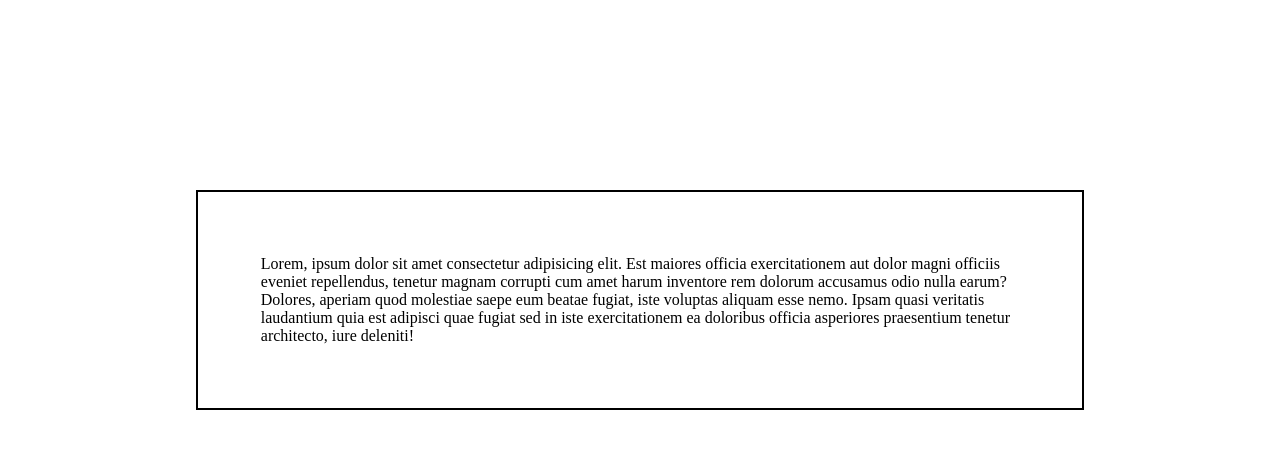
Repository: AdityaNarayan29/DSA
Page: Sorting/test.html
An editor plug-in stored every save of this project. The page is shown before and after the next save, followed by the edit.
The browser window is 1280 px wide. The pictures show the whole page.

Above is the page before, as saved 2021-09-24 08:49:48.

### Sorting/test.html
<!DOCTYPE html>
<html lang="en">
<head>
        <meta charset="UTF-8">
        <meta http-equiv="X-UA-Compatible" content="IE=edge">
        <meta name="viewport" content="width=device-width, initial-scale=1.0">
        <title>Document</title>
        <style>
                div{
                        padding: 5%;
                        border: 2px solid black;
                        margin: auto;
                        margin-top: 15%;
                }
                #element{
                        max-width: 60%;
                        max-height: 30%;
                }
        </style>
</head>
<body>
        <div id="element">Lorem, ipsum dolor sit amet consectetur adipisicing elit. Est maiores officia exercitationem aut dolor magni officiis eveniet repellendus, tenetur magnam corrupti cum amet harum inventore rem dolorum accusamus odio nulla earum? Dolores, aperiam quod molestiae saepe eum beatae fugiat, iste voluptas aliquam esse nemo. Ipsam quasi veritatis laudantium quia est adipisci quae fugiat sed in iste exercitationem ea doloribus officia asperiores praesentium tenetur architecto, iure deleniti!</div>
</body>
</html>

After the next save:
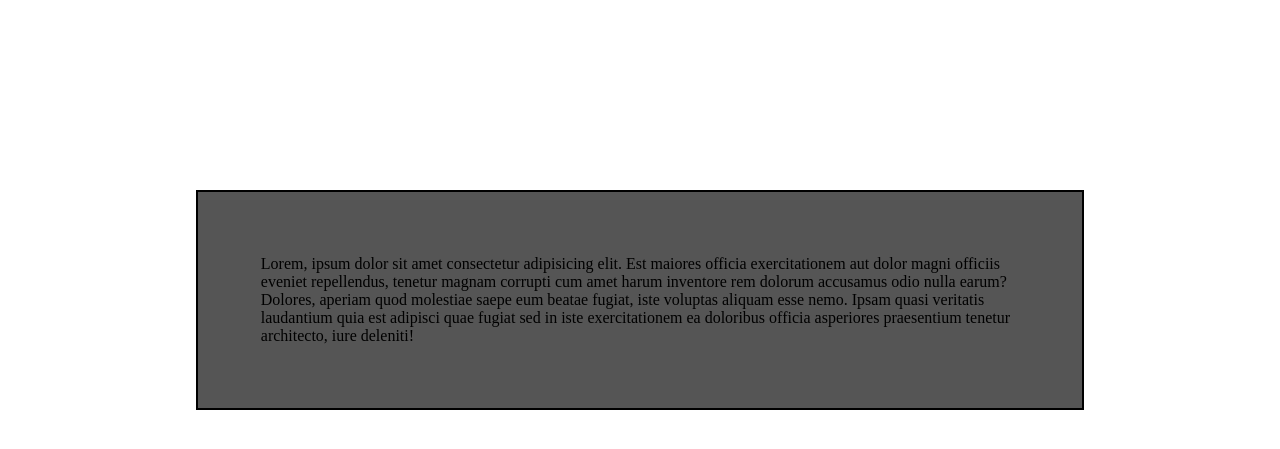
Saved 3 min 9 s later.
--- a/Sorting/test.html
+++ b/Sorting/test.html
@@ -6,6 +6,17 @@
         <meta name="viewport" content="width=device-width, initial-scale=1.0">
         <title>Document</title>
         <style>
+                @keyframes anim{
+                        0%{
+                                background: #000;
+                        }
+                        50%{
+                                background: #555;
+                        }
+                        100%{
+                                background: rgb(129, 26, 26);
+                        }
+                }
                 div{
                         padding: 5%;
                         border: 2px solid black;
@@ -15,6 +26,7 @@
                 #element{
                         max-width: 60%;
                         max-height: 30%;
+                        animation: anim 2s infinite;
                 }
         </style>
 </head>
